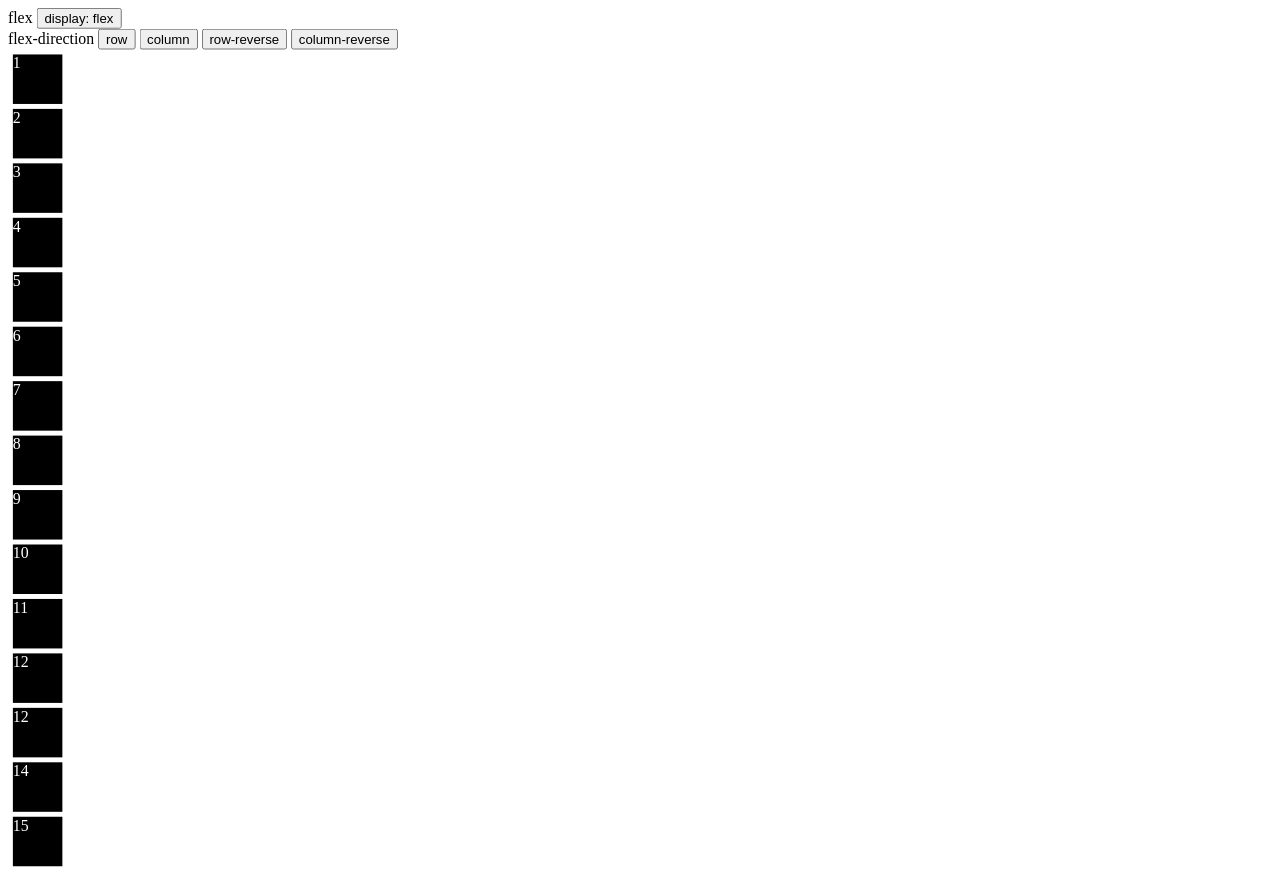
Repository: eeoooo/MINI-PROJECTS-HTML-CSS
Page: 220730-PracticeCSSFlex/index.html
An editor plug-in stored every save of this project. The page is shown before and after the next save, followed by the edit.
The browser window is 1280 px wide. The pictures show the whole page, at 99% of full size.

Above is the page before, as saved 2022-07-30 17:25:45.

After the next save:
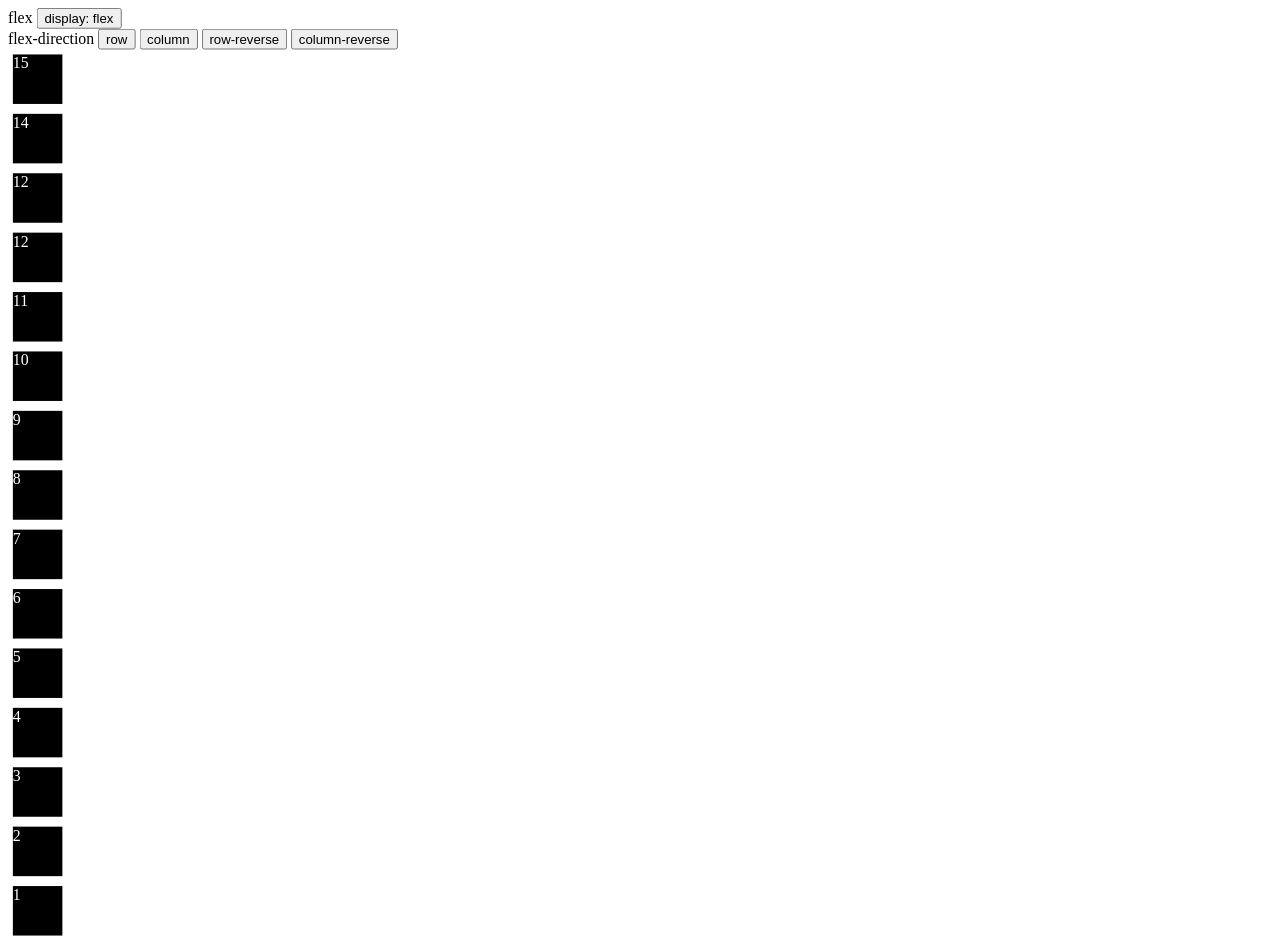
Saved 91 s later.
--- a/220730-PracticeCSSFlex/style.css
+++ b/220730-PracticeCSSFlex/style.css
@@ -1,5 +1,6 @@
 .container {
-  //display: flex;
+  display: flex;
+  flex-direction: column-reverse;
 }
 .box {
   width: 50px;
